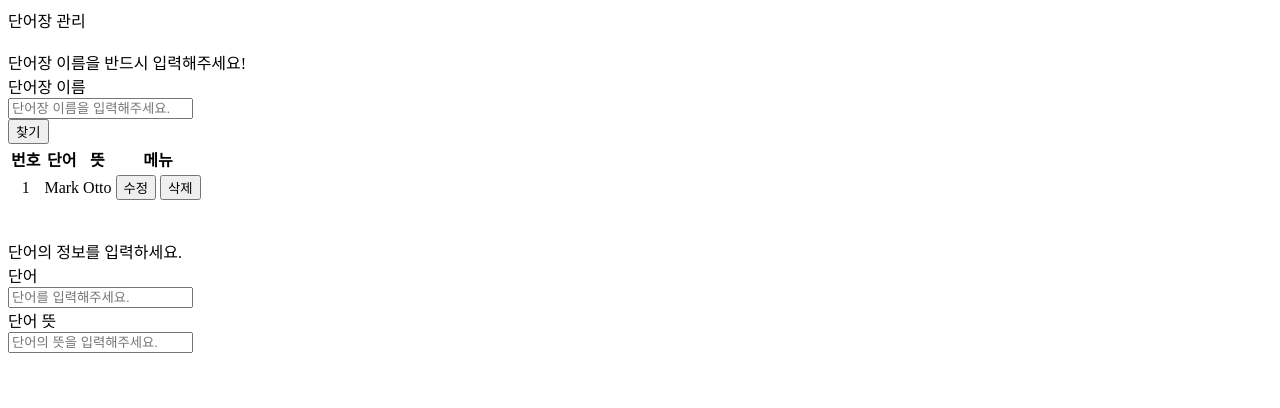
Repository: Pastelkun99/remembrance
Page: http://localhost/ProjectRemembrance/WEB-INF/views/menu_pages/11_makeWordCard.jsp
These files come from the project's save history. The page is drawn as it stood at one moment and after the next save; the edit follows.
The browser window is 1280 px wide. The pictures show the whole page.
The page is served by Tomcat 9. Nobody is signed in. The template is opened directly, without the code that normally fills it, so the values that code supplies are empty.

Above is the page before, as saved 2019-08-28 00:46:47.

After the next save:
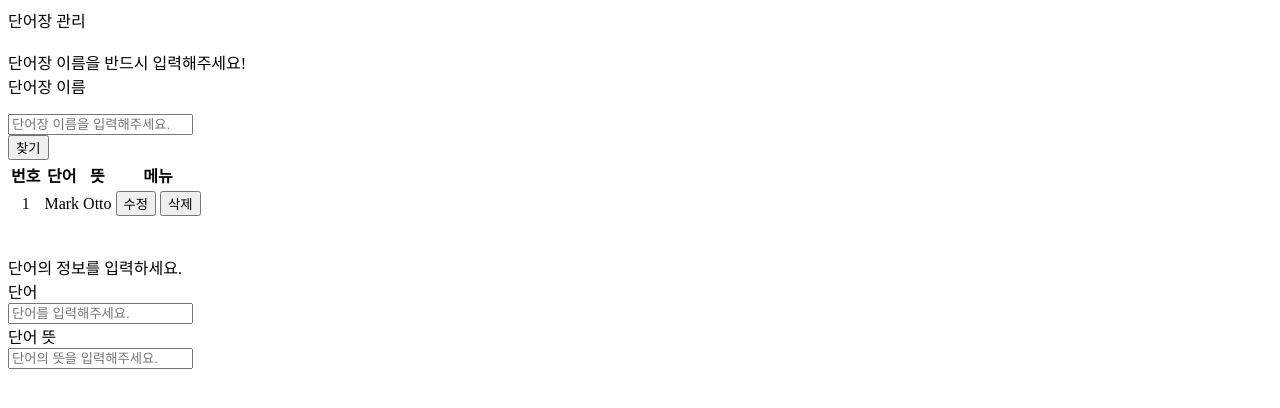
Saved 4 min 41 s later.
--- a/ProjectRemembrance/src/main/webapp/WEB-INF/views/menu_pages/11_makeWordCard.jsp
+++ b/ProjectRemembrance/src/main/webapp/WEB-INF/views/menu_pages/11_makeWordCard.jsp
@@ -10,6 +10,9 @@
 		<div class="input-group-prepend">
 			<span class="input-group-text" id="basic-addon1">단어장 이름</span>
 		</div>
+		<form action="">
+
+		</form>
 		<input type="text" class="form-control" id="q_name"
 			placeholder="단어장 이름을 입력해주세요." required="required"> </br>
 			<button type="button" class="btn btn-primary">찾기</button>

After the 2 saves that followed:
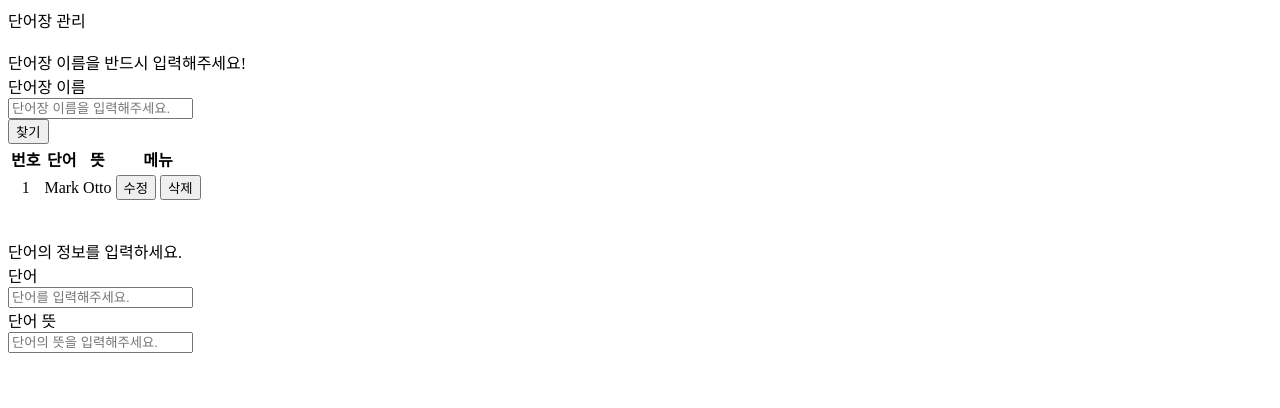
The 2 saves are shown as one change because 1 left the picture as it was.
The last was saved 60 s later.
--- a/ProjectRemembrance/src/main/webapp/WEB-INF/views/menu_pages/11_makeWordCard.jsp
+++ b/ProjectRemembrance/src/main/webapp/WEB-INF/views/menu_pages/11_makeWordCard.jsp
@@ -10,9 +10,6 @@
 		<div class="input-group-prepend">
 			<span class="input-group-text" id="basic-addon1">단어장 이름</span>
 		</div>
-		<form action="">
-
-		</form>
 		<input type="text" class="form-control" id="q_name"
 			placeholder="단어장 이름을 입력해주세요." required="required"> </br>
 			<button type="button" class="btn btn-primary">찾기</button>
